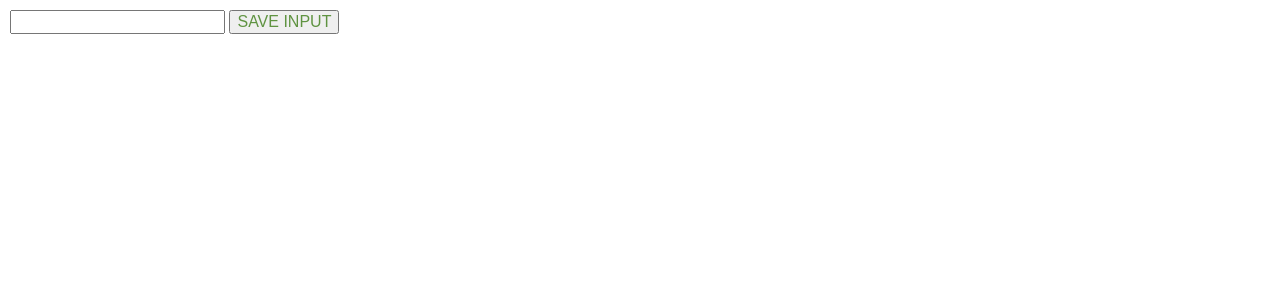
Repository: jt010051/chromeExtension
Page: index.html
These files come from the project's save history. The page is drawn as it stood at one moment and after the next save; the edit follows.
The browser window is 1280 px wide. The pictures show the whole page.

Above is the page before, as saved 2022-02-27 17:06:06.
Not found: index.js

After the next save:
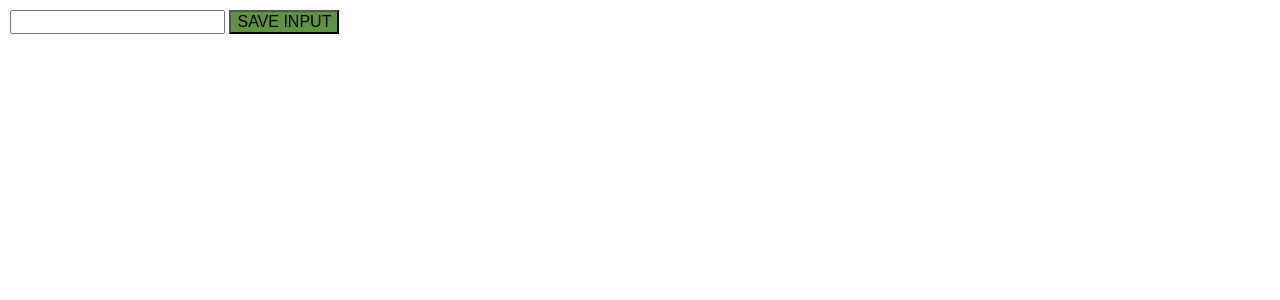
Saved 29 s later.
--- a/index.css
+++ b/index.css
@@ -12,5 +12,5 @@ input {
 }
 
 button {
-    color: #5f9341;
+   background-color: #5f9341;
 }
